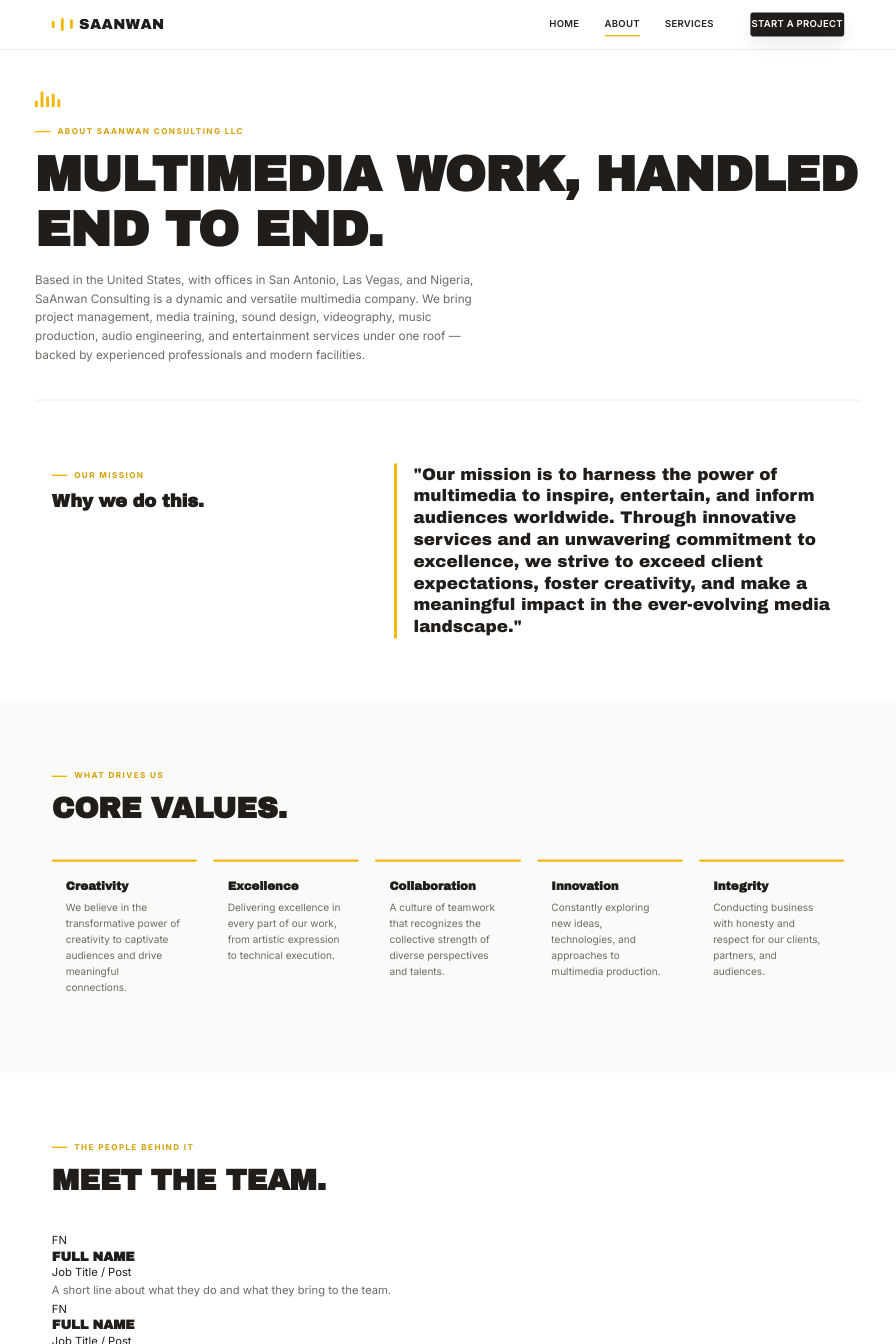
Repository: joshuaonazi/saanwan
Page: about.html
An editor plug-in stored every save of this project. The page is shown before and after the next save, followed by the edit.
The browser window is 1280 px wide. The pictures show the part of the page from y = 0 to 1920 px (the page is 3413 px tall before and 3274 px after), at 70% of full size.

Above is the page before, as saved 2026-07-10 16:47:00.

### about.html
<!DOCTYPE html>
<html lang="en">
  <head>
    <meta charset="UTF-8">
    <meta name="viewport" content="width=device-width, initial-scale=1.0">
    <title>About — SAANWAN Consulting</title>
    <meta name="description" content="Learn about SAANWAN Consulting LLC — our mission, core values, and offices in San Antonio, Las Vegas, and Nigeria.">
    <link rel="preconnect" href="https://fonts.googleapis.com">
    <link rel="preconnect" href="https://fonts.gstatic.com" crossorigin>
    <link href="https://fonts.googleapis.com/css2?family=Archivo+Black&family=Inter:wght@400;500;600;700&display=swap" rel="stylesheet">
    <link rel="stylesheet" href="styles.css">
  </head>
<body>

<header class="site-header">
  <nav class="nav wrap">
    <a href="index.html" class="logo" aria-label="SAANWAN home">
      <span class="bar"></span><span class="bar"></span><span class="bar"></span>
      SAANWAN
    </a>
    <button class="nav-toggle" aria-label="Toggle menu" aria-expanded="false">
      <span></span><span></span><span></span>
    </button>
    <div class="nav-links">
      <a href="index.html">Home</a>
      <a href="about.html" aria-current="page">About</a>
      <a href="services.html">Services</a>
      <a href="contact.html" class="nav-cta">Start a Project</a>
    </div>
  </nav>
</header>

<main>

  <section class="page-hero wrap">
    <div class="eq-divider"><span></span><span></span><span></span><span></span><span></span></div>
    <span class="eyebrow">About SaAnwan Consulting LLC</span>
    <h1>Multimedia work, handled end to end.</h1>
    <p>Based in the United States, with offices in San Antonio, Las Vegas, and Nigeria, SaAnwan Consulting is a dynamic and versatile multimedia company. We bring project management, media training, sound design, videography, music production, audio engineering, and entertainment services under one roof — backed by experienced professionals and modern facilities.</p>
  </section>

  <section class="section">
    <div class="wrap mission-block">
      <div>
        <span class="eyebrow">Our Mission</span>
        <h2 style="text-transform:none; font-size: 1.6rem;">Why we do this.</h2>
      </div>
      <blockquote>
        "Our mission is to harness the power of multimedia to inspire, entertain, and inform audiences worldwide. Through innovative services and an unwavering commitment to excellence, we strive to exceed client expectations, foster creativity, and make a meaningful impact in the ever-evolving media landscape."
      </blockquote>
    </div>
  </section>

  <section class="section section-cream">
    <div class="wrap">
      <div class="section-head">
        <span class="eyebrow">What Drives Us</span>
        <h2>Core values.</h2>
      </div>
      <div class="values-grid">
        <div class="value-card">
          <h3>Creativity</h3>
          <p>We believe in the transformative power of creativity to captivate audiences and drive meaningful connections.</p>
        </div>
        <div class="value-card">
          <h3>Excellence</h3>
          <p>Delivering excellence in every part of our work, from artistic expression to technical execution.</p>
        </div>
        <div class="value-card">
          <h3>Collaboration</h3>
          <p>A culture of teamwork that recognizes the collective strength of diverse perspectives and talents.</p>
        </div>
        <div class="value-card">
          <h3>Innovation</h3>
          <p>Constantly exploring new ideas, technologies, and approaches to multimedia production.</p>
        </div>
        <div class="value-card">
          <h3>Integrity</h3>
          <p>Conducting business with honesty and respect for our clients, partners, and audiences.</p>
        </div>
      </div>
    </div>
  </section>

  <section class="section">
    <div class="wrap">
      <div class="section-head">
        <span class="eyebrow">The People Behind It</span>
        <h2>Meet the team.</h2>
      </div>
      <!--
        TEAM SETUP — this whole block is placeholder content, swap it for the real thing:
        1. Replace each <div class="placeholder-initials">XX</div> with
           <img src="assets/team/filename.jpg" alt="Full Name">
           (add real photos into an /assets/team/ folder — square images work best)
        2. Update the name, role/post, and short description text for each person.
        3. Copy a whole .team-card block to add more members, or delete one to remove.
      -->
      <div class="team-grid">
        <div class="team-card">
          <div class="team-photo">
            <div class="placeholder-initials">FN</div>
          </div>
          <div class="team-info">
            <h3>Full Name</h3>
            <span class="role">Job Title / Post</span>
            <p>A short line about what they do and what they bring to the team.</p>
          </div>
        </div>
        <div class="team-card">
          <div class="team-photo">
            <div class="placeholder-initials alt">FN</div>
          </div>
          <div class="team-info">
            <h3>Full Name</h3>
            <span class="role">Job Title / Post</span>
            <p>A short line about what they do and what they bring to the team.</p>
          </div>
        </div>
        <div class="team-card">
          <div class="team-photo">
            <div class="placeholder-initials">FN</div>
          </div>
          <div class="team-info">
            <h3>Full Name</h3>
            <span class="role">Job Title / Post</span>
            <p>A short line about what they do and what they bring to the team.</p>
          </div>
        </div>
        <div class="team-card">
          <div class="team-photo">
            <div class="placeholder-initials alt">FN</div>
          </div>
          <div class="team-info">
            <h3>Full Name</h3>
            <span class="role">Job Title / Post</span>
            <p>A short line about what they do and what they bring to the team.</p>
          </div>
        </div>
      </div>
    </div>
  </section>

  <section class="section section-cream">
    <div class="wrap">
      <div class="section-head">
        <span class="eyebrow">Where We Work</span>
        <h2>Our locations.</h2>
      </div>
      <div class="locations-grid">
        <div class="location-card">
          <span class="eyebrow">Texas</span>
          <h3>San Antonio</h3>
          <p>United States</p>
        </div>
        <div class="location-card">
          <span class="eyebrow">Nevada</span>
          <h3>Las Vegas</h3>
          <p>United States</p>
        </div>
        <div class="location-card">
          <span class="eyebrow">West Africa</span>
          <h3>Nigeria</h3>
          <p>International office</p>
        </div>
      </div>
    </div>
  </section>

  <section class="cta-banner">
    <div class="wrap">
      <span class="eyebrow" style="color: var(--color-yellow);">Let's Talk</span>
      <h2>Bring your project to a team that's done this before.</h2>
      <div class="cta-actions">
        <a href="contact.html" class="btn btn-primary">Get In Touch</a>
        <a href="services.html" class="btn btn-outline-light">See All Services</a>
      </div>
    </div>
  </section>

</main>

<footer class="site-footer">
  <div class="wrap">
    <div class="footer-top">
      <div>
        <a href="index.html" class="logo">
          <span class="bar"></span><span class="bar"></span><span class="bar"></span>
          SAANWAN
        </a>
        <p>A multimedia consulting company delivering creative and technical excellence across production, sound, and screen.</p>
      </div>
      <div class="footer-col">
        <h4>Site</h4>
        <ul>
          <li><a href="index.html">Home</a></li>
          <li><a href="about.html">About</a></li>
          <li><a href="services.html">Services</a></li>
          <li><a href="contact.html">Contact</a></li>
        </ul>
      </div>
      <div class="footer-col">
        <h4>Services</h4>
        <ul>
          <li><a href="services.html">Sound Design</a></li>
          <li><a href="services.html">Videography</a></li>
          <li><a href="services.html">Music Production</a></li>
          <li><a href="services.html">Audio Engineering</a></li>
        </ul>
      </div>
      <div class="footer-col">
        <h4>Locations</h4>
        <ul>
          <li><a href="about.html">San Antonio, USA</a></li>
          <li><a href="about.html">Las Vegas, USA</a></li>
          <li><a href="about.html">Nigeria</a></li>
        </ul>
      </div>
    </div>
    <div class="footer-bottom">
      <span>&copy; <span id="year"></span> SaAnwan Consulting LLC. All rights reserved.</span>
      <span>Built for creators, by creators.</span>
    </div>
  </div>
</footer>

<script src="index.js"></script>
</body>
</html>

Loaded but not shown: index.js (129 lines, source omitted); styles.css (771 lines, source omitted)

After the next save:
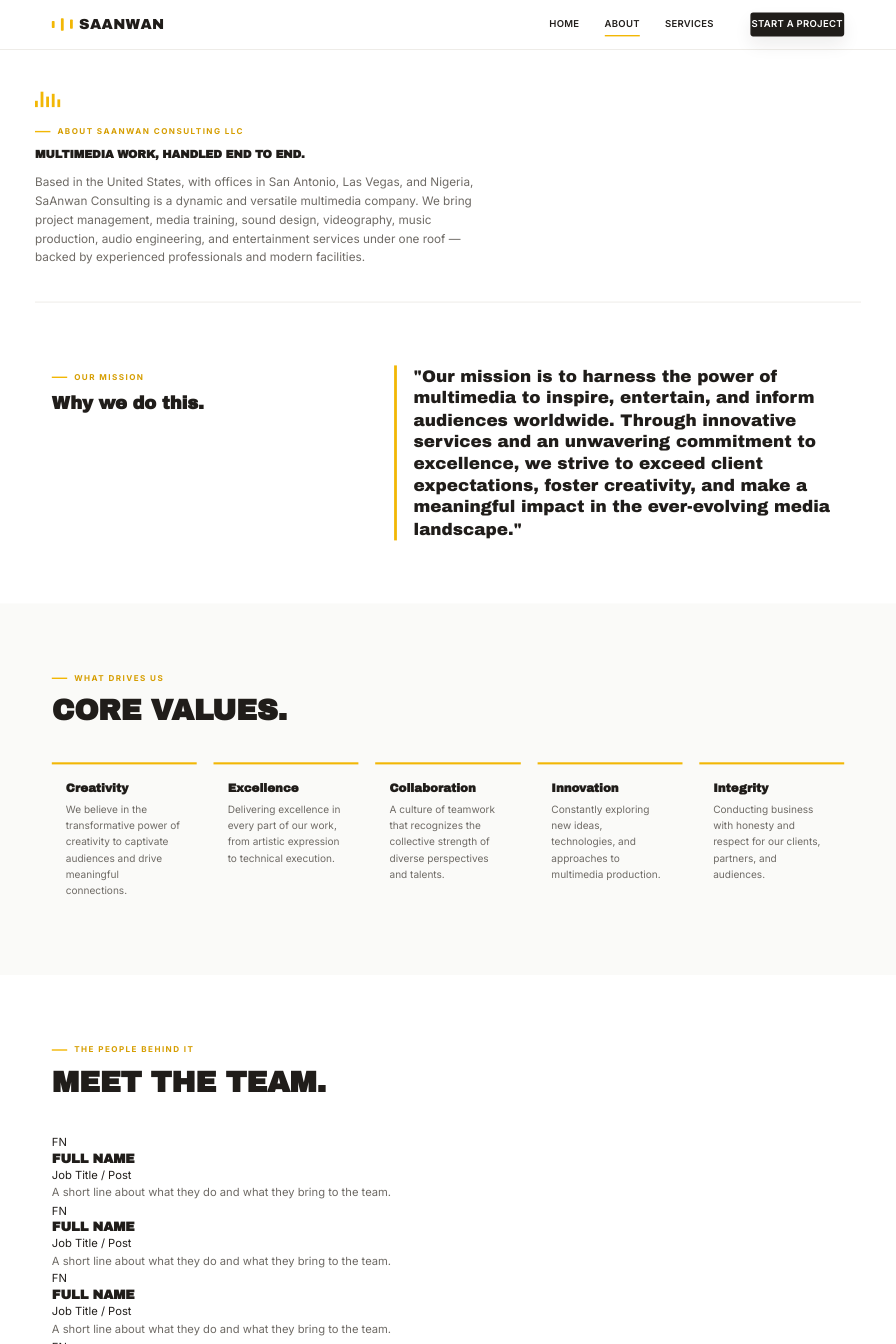
Saved 64 s later.
--- a/about.html
+++ b/about.html
@@ -35,7 +35,7 @@
   <section class="page-hero wrap">
     <div class="eq-divider"><span></span><span></span><span></span><span></span><span></span></div>
     <span class="eyebrow">About SaAnwan Consulting LLC</span>
-    <h1>Multimedia work, handled end to end.</h1>
+    <h4>Multimedia work, handled end to end.</h4>
     <p>Based in the United States, with offices in San Antonio, Las Vegas, and Nigeria, SaAnwan Consulting is a dynamic and versatile multimedia company. We bring project management, media training, sound design, videography, music production, audio engineering, and entertainment services under one roof — backed by experienced professionals and modern facilities.</p>
   </section>
 
